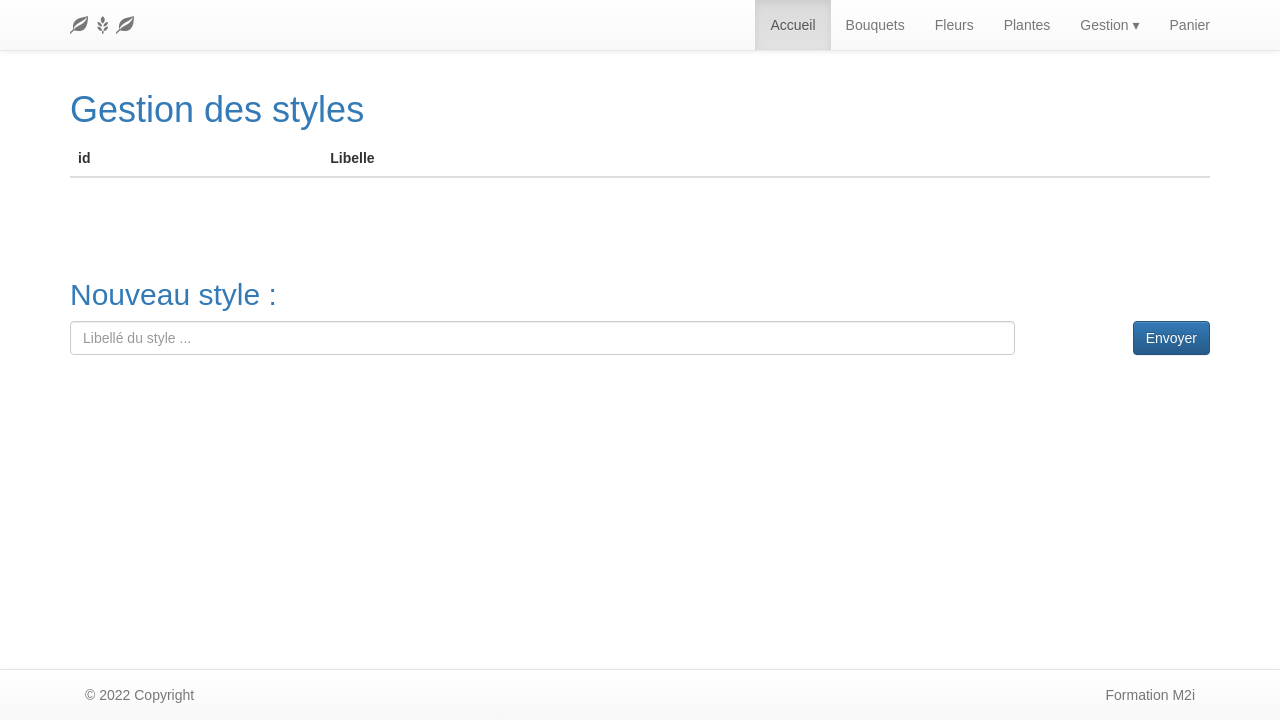
Repository: JeremT8/JavaFleuristeProject
Page: tp-fleuriste/src/main/webapp/saisons.html
An editor plug-in stored every save of this project. The page is shown before and after the next save, followed by the edit.
The browser window is 1280 px wide. The pictures show the whole page.
The page's requests for data from a server got no answer. Some web libraries are served in a nearby version.

Above is the page before, as saved 2022-05-16 13:54:08.

After the next save:
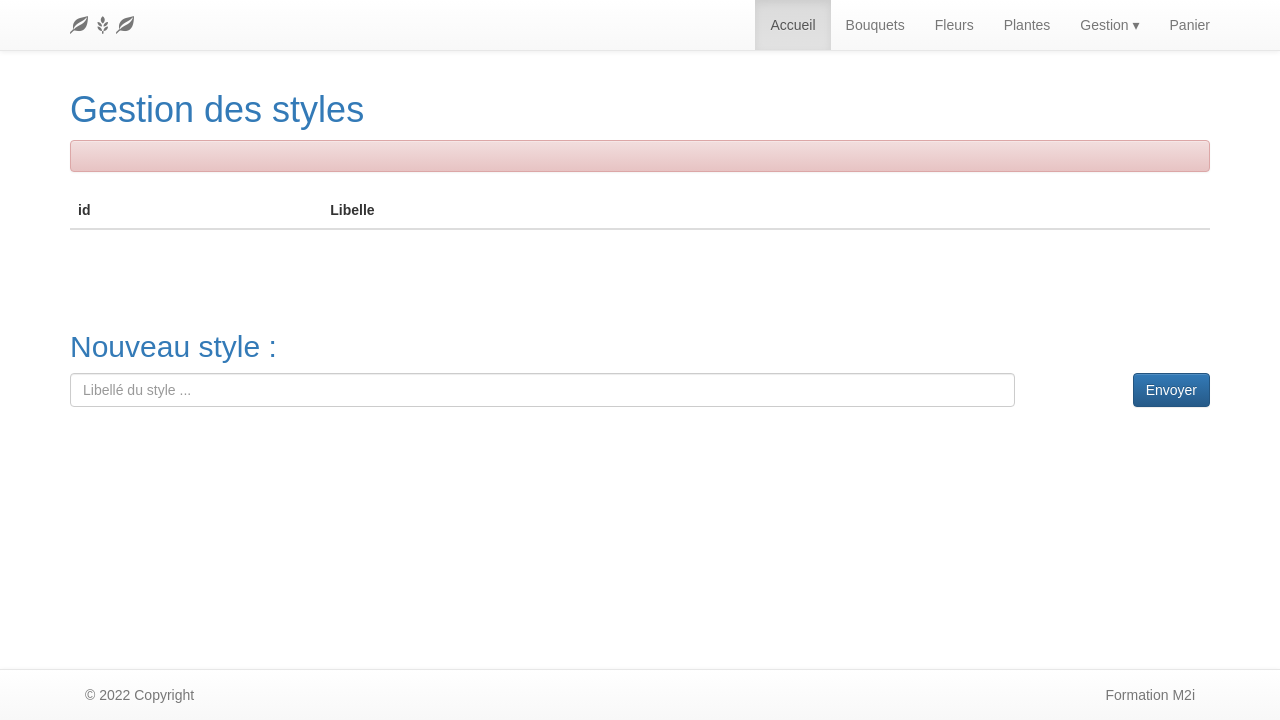
Saved 7 s later.
--- a/tp-fleuriste/src/main/webapp/saisons.html
+++ b/tp-fleuriste/src/main/webapp/saisons.html
@@ -21,7 +21,7 @@
 <meta name="msapplication-TileColor" content="#da532c">
 <meta name="theme-color" content="#ffffff">
 <link rel="stylesheet" href="css/commun.css">
-<script src="./js/styles.js"></script>
+<script src="./js/saisons.js"></script>
 </head>
 <body>
 	<nav class="navbar navbar-default navbar-fixed-top">
